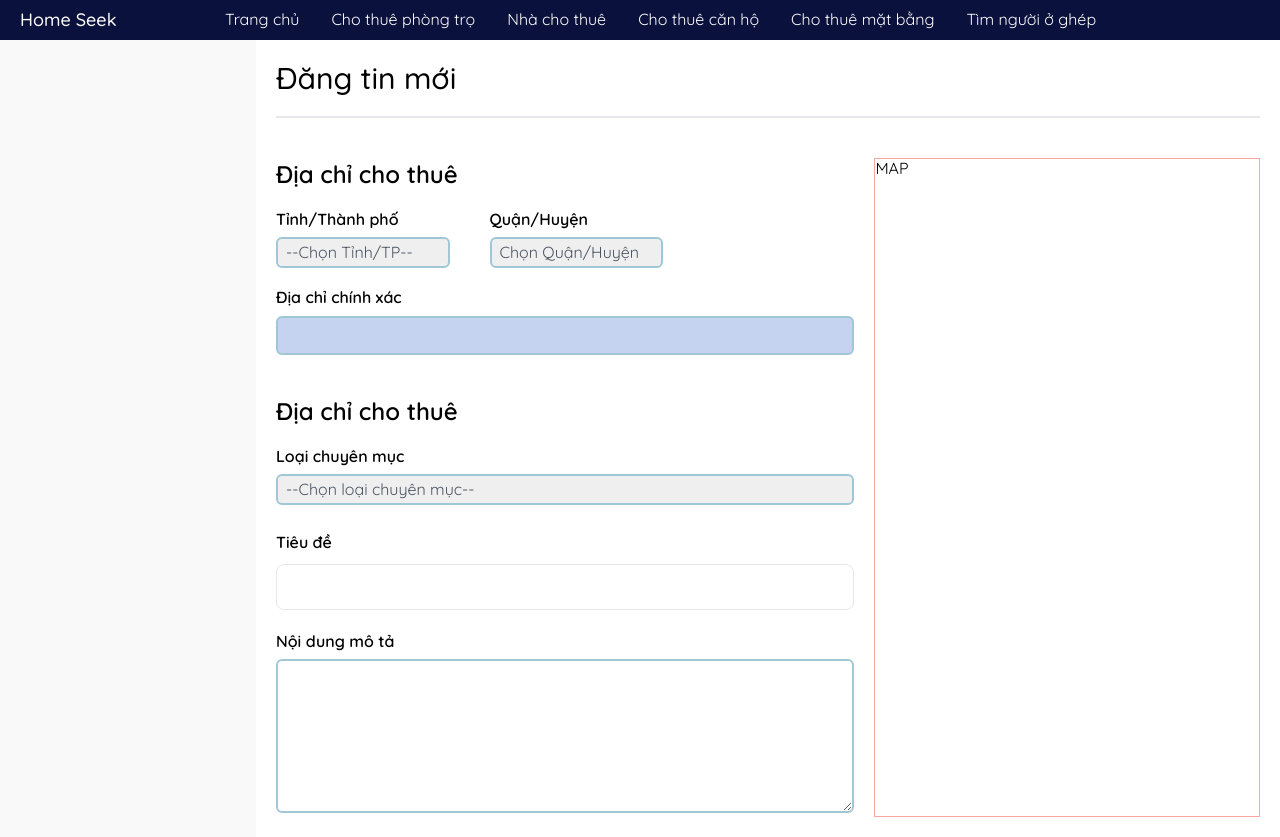
Repository: ajincome26/homeseek
Page: /create (app in client/)
The author's editor kept a copy of each file at every save. The page is drawn from the files as they stood at one save, then again after the next save.
The browser window is 1280 px wide. The pictures show the whole page.
The page's requests for data from a server got no answer. The project was rebuilt for these pictures with package versions that can differ from the ones it lists, and the page was loaded fresh each time. Some packages were replaced by stand-ins written for this rebuild. No one was signed in, and anything a server would have sent is missing. Also part of the build but not shown: client/vite.config.ts, client/src/components/Footer/Footer.tsx, client/src/components/Button/Button.tsx, client/src/components/Button/index.ts, client/src/utils/utils.tsx, client/src/components/MainHeader/components/User.tsx, client/src/components/Popover/Popover.tsx, client/src/components/Popover/index.ts and 16 more.

Above is the page before, as saved 2024-01-10 04:44:23.

After the next save:
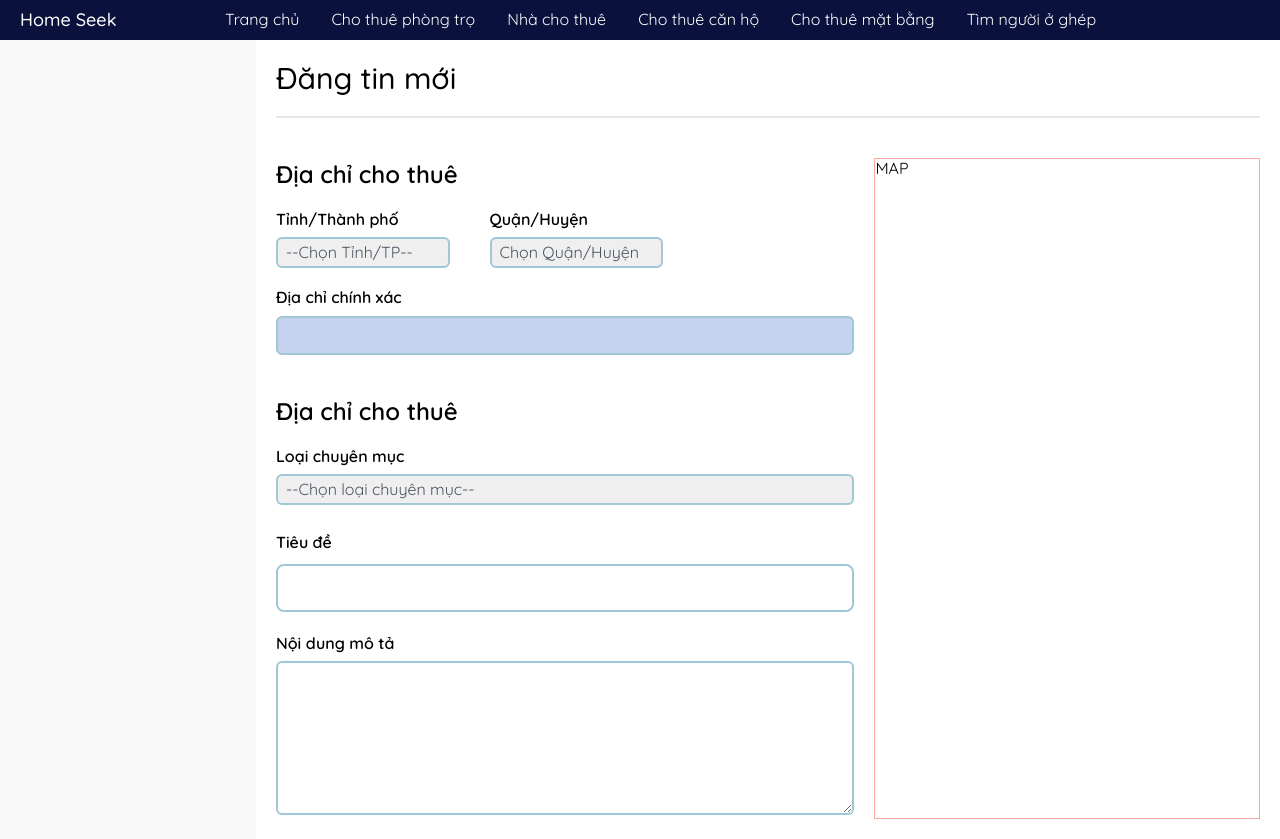
Saved 97 s later.
--- a/client/src/pages/CreatePostPage/components/Overview.tsx
+++ b/client/src/pages/CreatePostPage/components/Overview.tsx
@@ -37,7 +37,12 @@ const Overview = () => {
         <Label textColor='text-black' htmlFor='title'>
           Tiêu đề
         </Label>
-        <Input register={register} name='title' errorMessage={errors.title?.message} />
+        <Input
+          className='px-3 py-1 border-[2px] border-[#a0c7d6] outline-none'
+          register={register}
+          name='title'
+          errorMessage={errors.title?.message}
+        />
       </Field>
       <div>
         <label htmlFor='desc' className='font-semibold'>
